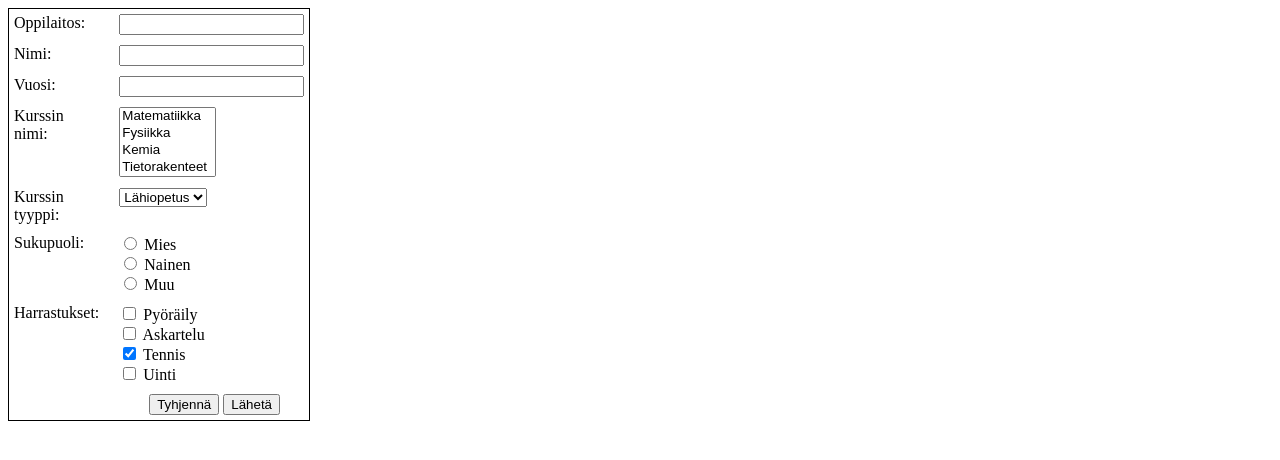
Repository: Niina-Maria/tehtavat-12-17-Niina-Maria2
Page: teht16.html
The author's editor kept a copy of each file at every save. The page is drawn from the files as they stood at one save, then again after the next save.
The browser window is 1280 px wide. The pictures show the whole page.

Above is the page before, as saved 2024-11-20 13:13:02.

### teht16.html
<!DOCTYPE html>
<html>
    <head>
        <link rel="stylesheet" href="teht16.css">
    </head>
    <body>
        <div class="grid-container">
            <div class="taulukko">
                <div class="a a1">Oppilaitos:</div>
                <div class="a a2"><input type="text" id="school" name="school"></div>
                <div class="a a3">Nimi:</div>
                <div class="a a4"><input type="text" id="name" name="name"></div>
                <div class="a a5">Vuosi:</div>
                <div class="a a6"><input type="password" id="year" name="year"></div>
                <div class="a a7">Kurssin nimi:</div>
                <div class="a a8">
                    <select class="course" name="course" size="4">
                    <option value="matematiikka">Matematiikka</option>
                    <option value="fysiikka">Fysiikka</option>
                    <option value="kemia">Kemia</option>
                    <option value="tietorakenteet">Tietorakenteet</option>
                    <option value="webohjelmointi">Webohjelmointi</option>
                    </select>
                </div>
                <div class="a a9">Kurssin tyyppi:</div>
                <div class="a a10">
                    <select class="type" name="type" size="1">
                        <option value="lähiopetus">Lähiopetus</option>
                        <option value="etäopetus">Etäopetus</option>
                        <option value="hybridi">Hybridi</option>
                        <option value="monimuoto">Monimuoto</option>
                        <option value="avoinamk">AvoinAMK</option>
                    </select>
                </div>
                <div class="a a11">Sukupuoli:</div>
                <div class="a a12">
                    <input type="radio" id="male" name="gender" value="male">
                    <label class="sukup"for="male">Mies</label><br>
                    <input type="radio" id="female" name="gender" value="female">
                    <label class="sukup"for="female">Nainen</label><br>
                    <input type="radio" id="other" name="gender" value="other">
                    <label class="sukup"for="other">Muu</label>
                </div>
                <div class="a a13">Harrastukset:</div>
                <div class="a a14" >
                    <input type="checkbox" id="hobbiesbike" name="hobbiesbike">
                        <label for="hobbiesbike"> Pyöräily</label><br>
                        <input type="checkbox" id="hobbiesaskartelu" name="hobbiesaskartelu">
                        <label for="hobbiesaskartelu"> Askartelu</label><br>
                        <input type="checkbox" id="hobbiestennis" name="hobbiestennis" checked="checked">
                        <label for="hobbiestennis"> Tennis</label><br>
                        <input type="checkbox" id="hobbiesuinti" name="hobbiesuinti">
                        <label for="hobbiesuinti"> Uinti</label><br>
                </div>
                <div class="a a15">
                    <input type="reset" id="napit" value="Tyhjennä">
                    <input type="submit"id="napit2" value="Lähetä">
                </div>

            </div>
        </div>
    </body>

### teht16.css
.grid-container {
    display: grid;
    justify-content: center;
    border: 1px solid black;
    width: fit-content;
}


.taulukko {
    display: grid;
    grid-template-columns: 2, 1fr;
    width: 300px;
    /*
    margin: 5px;
    padding: 5px;*/

}

.taulukko div {
    grid-column: span 2;
    padding: 5px;
    justify-content: center;
    align-items: right;
    border: 1 px solid black;

}

.taulukko .a1 {
    grid-column: span 1;
    border: 1 px solid black;
    justify-content: right;
}

.taulukko .a2 {
    grid-column: span 1;
    justify-content: right;
    margin-left: 10px;
    border: 1 px solid black;
}

.taulukko .a3 {
    grid-column: span 1;
    border: 1 px solid black;
}

.taulukko .a4 {
    grid-column: span 1;
    justify-content: left;
    margin-left: 10px;
    border: 1 px solid black;
}


.taulukko .a5 {
    grid-column: span 1;
    border: 1 px solid black;
}

.taulukko .a6 {
    grid-column: span 1;
    justify-content: left;
    margin-left: 10px;
    border: 1 px solid black;
}

.taulukko .a7 {
    grid-column: span 1;
    border: 1 px solid black;
    vertical-align: 50%;
}

.taulukko .a8 {
    grid-column: span 1;
    justify-content: left;
    margin-left: 10px;
    border: 1 px solid black;
}

.taulukko .a9 {
    grid-column: span 1;
    border: 1 px solid black;
}

.taulukko .a10 {
    grid-column: span 1;
    justify-content: left;
    margin-left: 10px;
    border: 1 px solid black;
}

.taulukko .a11 {
    grid-column: span 1;
    border: 1 px solid black;
}

.taulukko .a12 {
    grid-column: span 1;
    /* justify-content: left; */
    margin-left: 10px;
    border: 1 px solid black;
}

.taulukko .a13 {
    grid-column: span 1;
    border: 1 px solid black;
}

.taulukko .a14 {
    grid-column: span 1;
    /* justify-content: left; */
    margin-left: 10px;
    border: 1 px solid black;
}

.taulukko .a15 {
    grid-column: span 2;
    margin-left:45%;
    align-content: center;
    border: 1 px solid black;
}

After the next save:
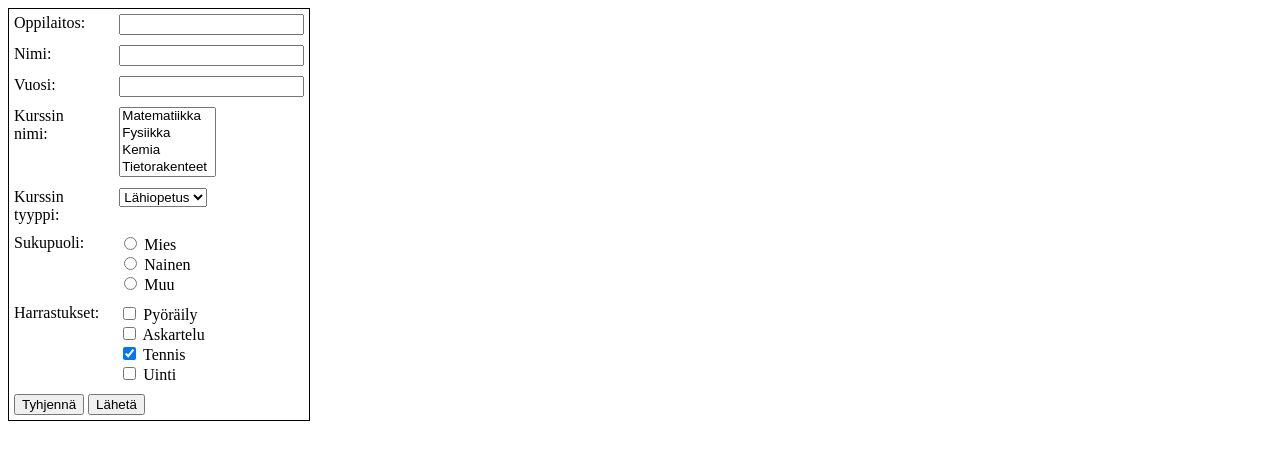
Saved 18 s later.
--- a/teht16.css
+++ b/teht16.css
@@ -114,7 +114,6 @@
 
 .taulukko .a15 {
     grid-column: span 2;
-    margin-left:45%;
     align-content: center;
     border: 1 px solid black;
 }
